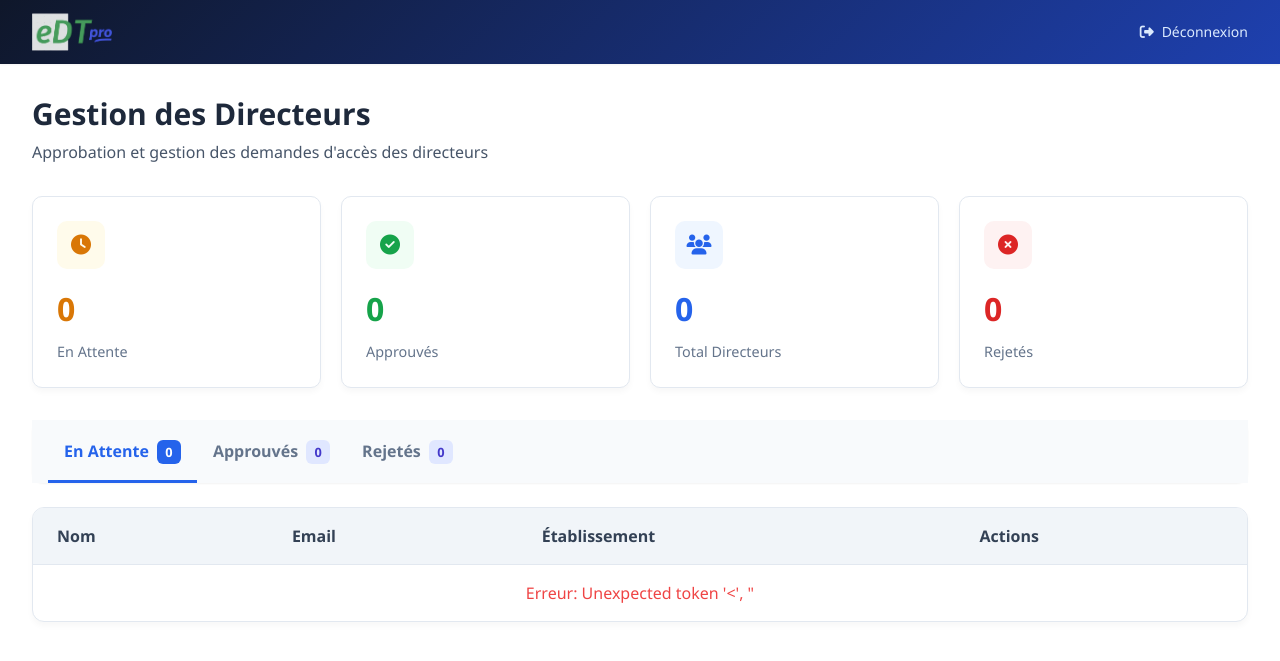
Repository: Mouad-git/edtpro
Page: gestion_edt/public/admin_dashboard.html
These files come from the project's save history. The page is drawn as it stood at one moment and after the next save; the edit follows.
The browser window is 1280 px wide. The pictures show the whole page.
Some web libraries are served in a nearby version.

Above is the page before, as saved 2025-08-08 18:31:15.

After the next save:
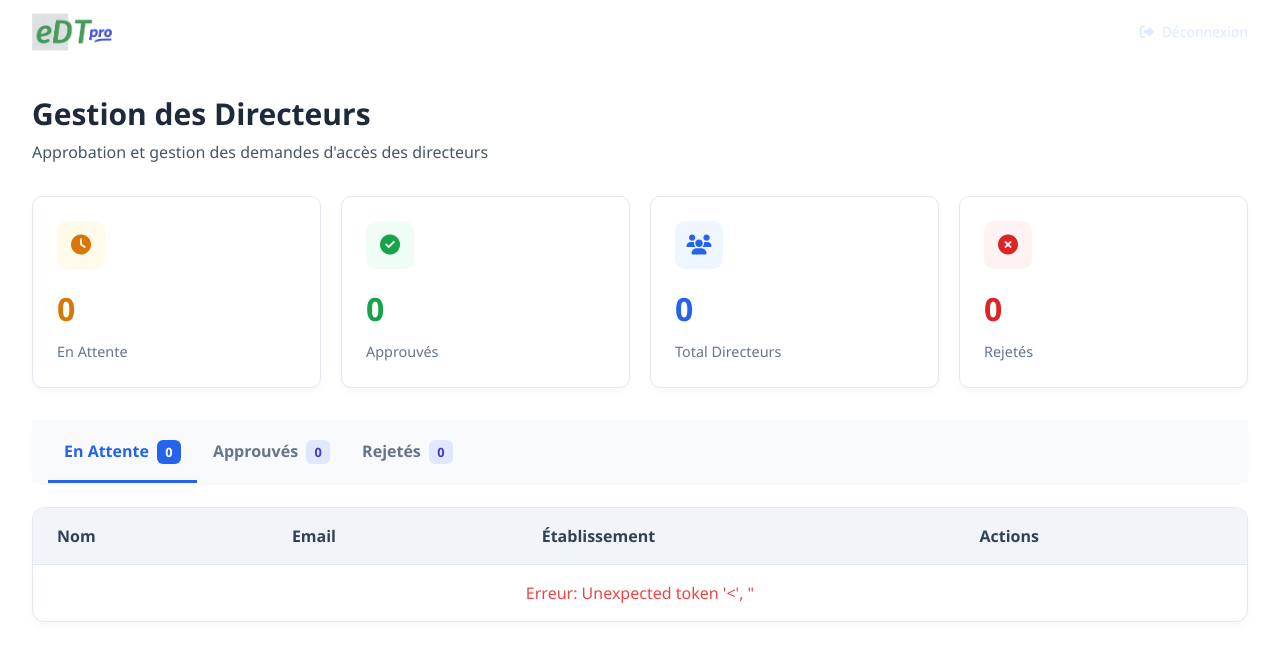
Saved 7 s later.
--- a/gestion_edt/public/admin_dashboard.html
+++ b/gestion_edt/public/admin_dashboard.html
@@ -68,7 +68,7 @@
     </style>
 </head>
 <body>
-    <nav class="header-gradient shadow-sm">
+    <nav>
         <div class="max-w-7xl mx-auto px-4 sm:px-6 lg:px-8">
             <div class="flex justify-between items-center h-16">
                 <img src="assets/images/logo_edtpro.png" style="height: 80px; width: auto;" id="logo" alt="Logo">

After the save that followed:
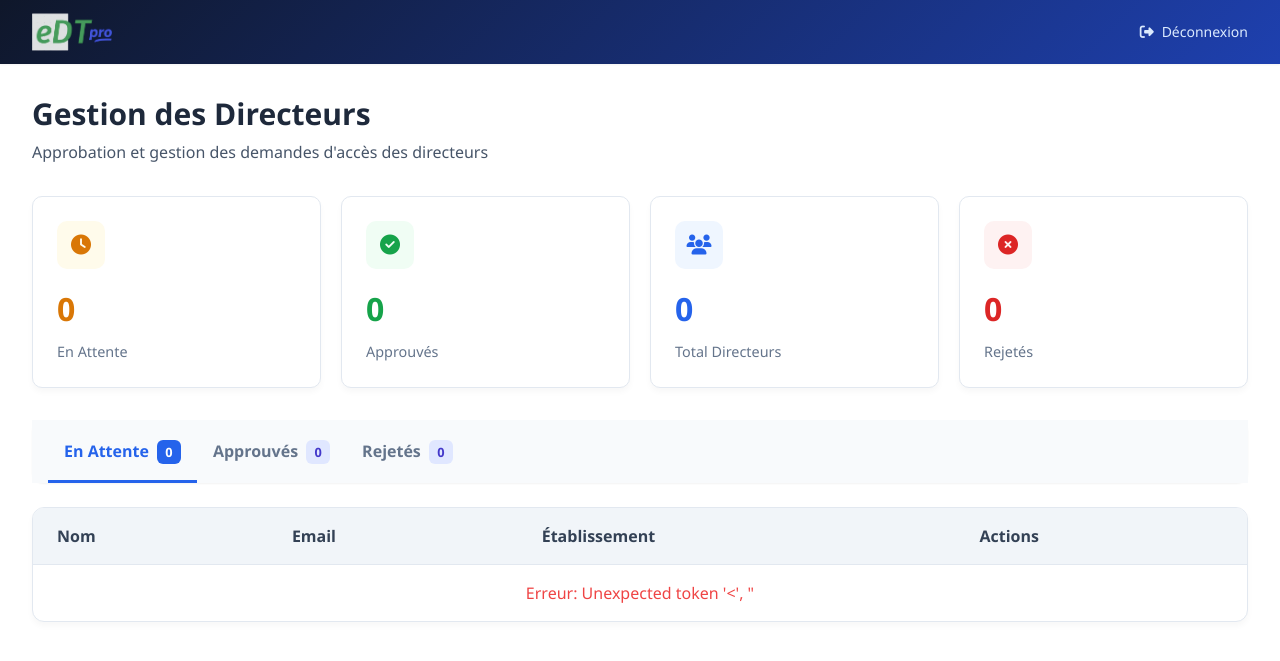
Saved 18 s later.
--- a/gestion_edt/public/admin_dashboard.html
+++ b/gestion_edt/public/admin_dashboard.html
@@ -68,7 +68,7 @@
     </style>
 </head>
 <body>
-    <nav>
+    <nav class="header-gradient shadow-sm">
         <div class="max-w-7xl mx-auto px-4 sm:px-6 lg:px-8">
             <div class="flex justify-between items-center h-16">
                 <img src="assets/images/logo_edtpro.png" style="height: 80px; width: auto;" id="logo" alt="Logo">
